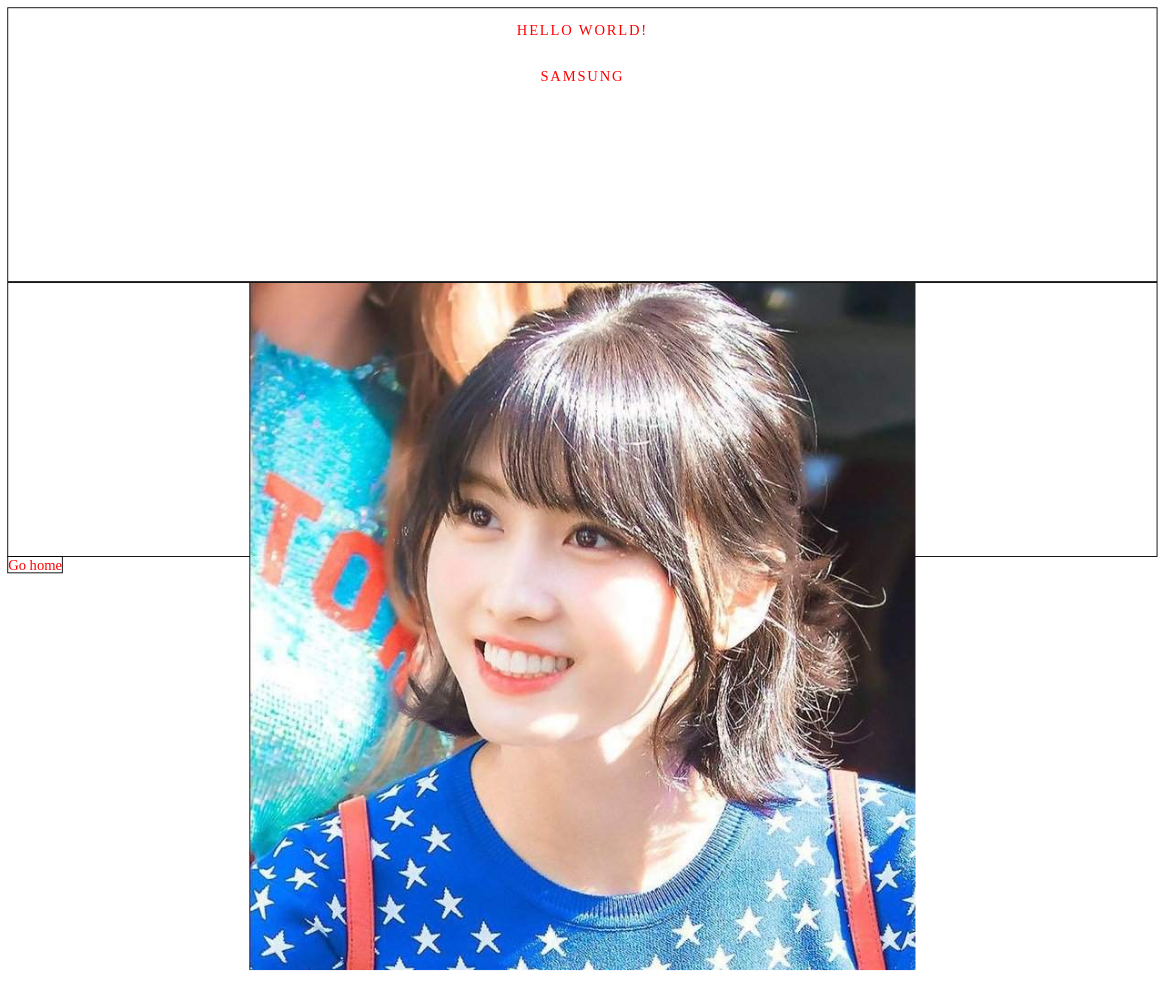
Repository: lbj0314/webTest
Page: Css_1/WebContent/css_5.html
These files come from the project's save history. The page is drawn as it stood at one moment and after the next save; the edit follows.
The browser window is 1280 px wide. The pictures show the whole page, at 91% of full size.

Above is the page before, as saved 2019-10-16 05:17:14.

After the next save:
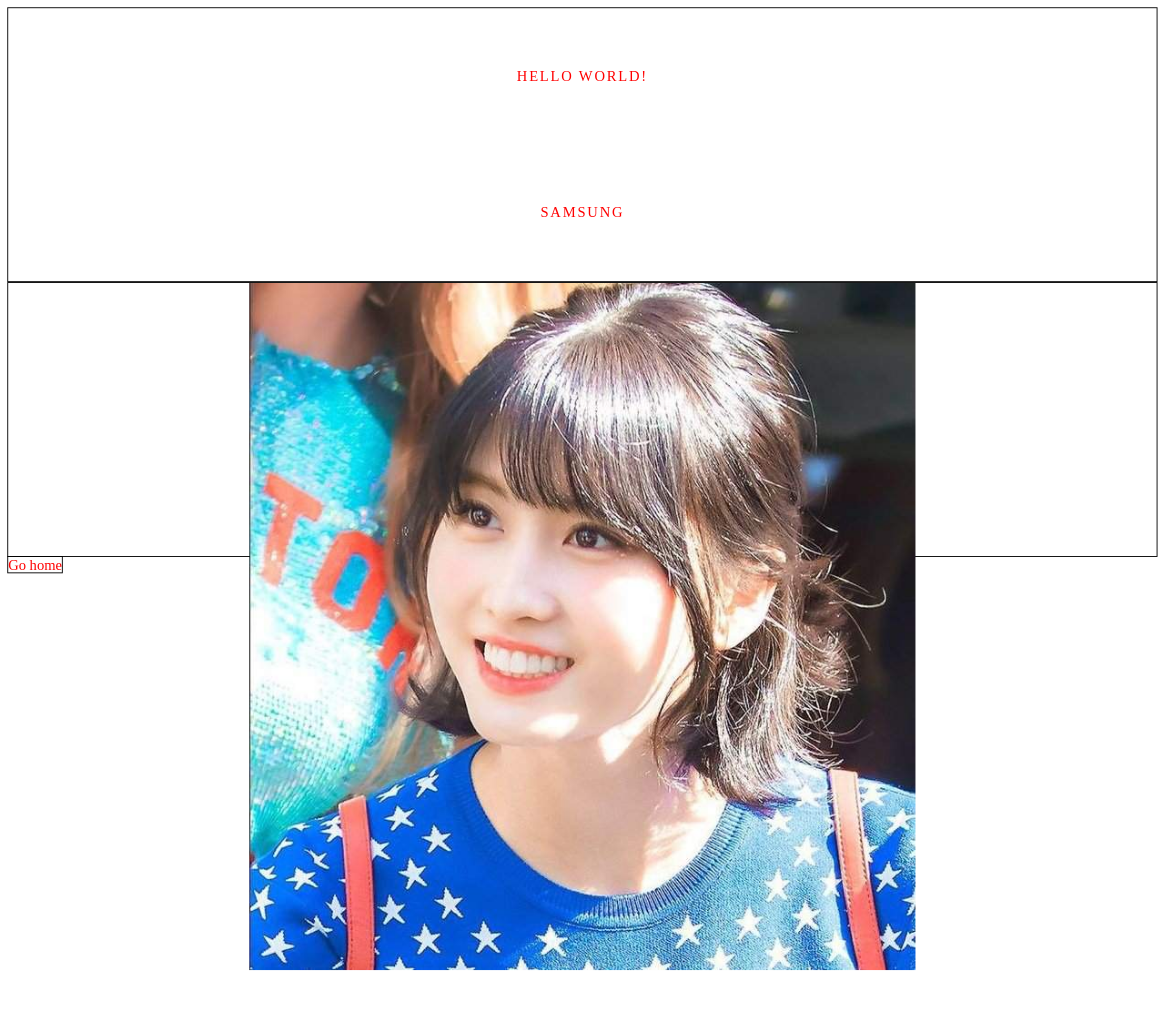
Saved 100 s later.
--- a/Css_1/WebContent/css_5.html
+++ b/Css_1/WebContent/css_5.html
@@ -13,7 +13,7 @@
 	letter-spacing: 2px;
 	text-transform: uppercase;
 	/* text-indent: 100px; */
-	line-height: 50px;
+	line-height: 150px;
 }
 .a1{
 	color: red;
